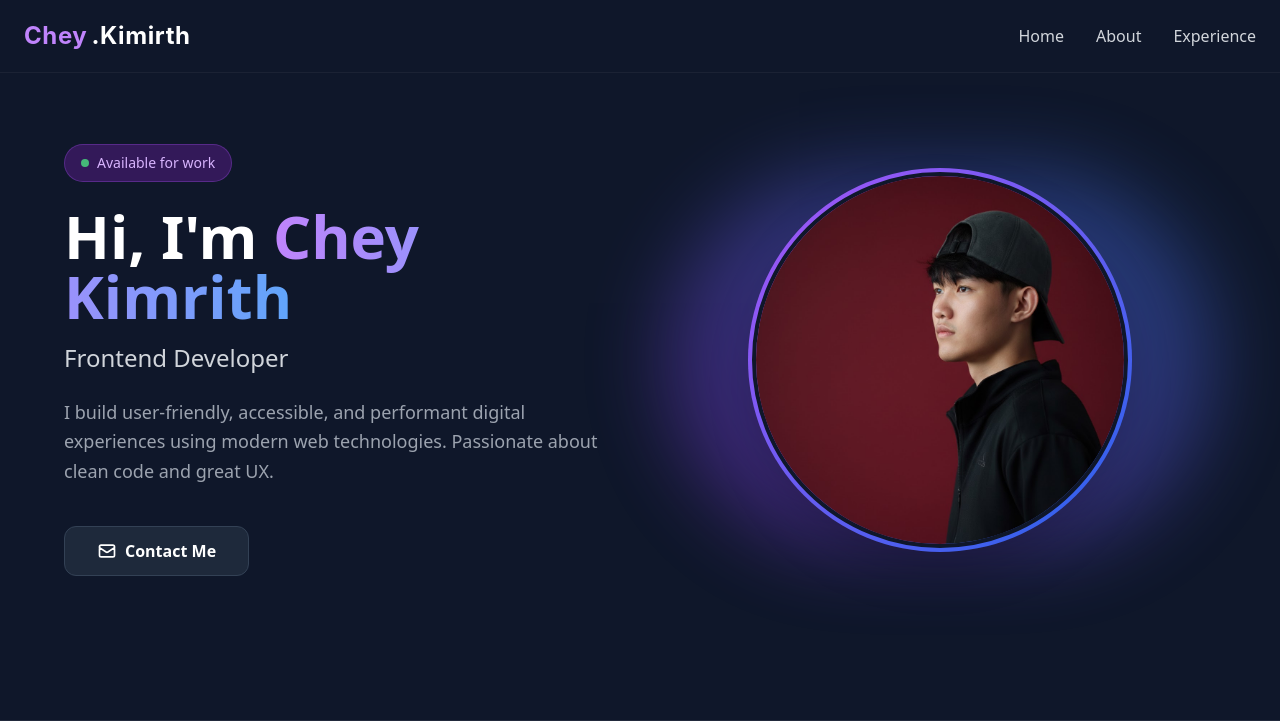
Repository: Kimrith/my-cv
Page: /
The author's editor kept a copy of each file at every save. The page is drawn from the files as they stood at one save, then again after the next save.
The browser window is 1280 px wide. The pictures show the part of the page from y = 0 to 721 px (the page is 4190 px tall).
Pictures or frames that could not be fetched are drawn as grey boxes. Some web libraries are served in a nearby version. The project was rebuilt for these pictures with package versions that can differ from the ones it lists, and the page was loaded fresh each time. Also part of the build but not shown: vite.config.js, src/Layout/footer.jsx.

Above is the page before, as saved 2026-03-10 01:22:34.

### index.html
<!doctype html>
<html lang="en">
  <head>
    <meta charset="UTF-8" />
    <link rel="icon" type="image/svg+xml" href="/vite.svg" />
    <meta name="viewport" content="width=device-width, initial-scale=1.0" />
    <title>cv</title>
    <script src="https://cdn.tailwindcss.com"></script>
    <link rel="preconnect" href="https://fonts.googleapis.com" />
    <link rel="preconnect" href="https://fonts.gstatic.com" crossorigin />
    <link
      href="https://fonts.googleapis.com/css2?family=Poppins:wght@400;600;700&display=swap"
      rel="stylesheet"
    />
  </head>
  <body>
    <div id="root"></div>
    <script type="module" src="/src/main.jsx"></script>
  </body>
</html>

### src/main.jsx
import { StrictMode } from "react";
import { createRoot } from "react-dom/client";
import "./index.css";
import App from "./App.jsx";
import { BrowserRouter } from "react-router-dom";

createRoot(document.getElementById("root")).render(
  <StrictMode>
    <BrowserRouter>
      <App />
    </BrowserRouter>{" "}
  </StrictMode>,
);

### src/App.jsx
import React from "react";
import { Routes, Route } from "react-router-dom";
import Layout from "./Layout/layout";
import Home from "./Navigation/home";

export default function App() {
  return (
    <Routes>
      <Route path="/" element={<Layout />}></Route>
    </Routes>
  );
}

### src/Layout/layout.jsx
import React from "react";
import Home from "./home";
import Footer from "./footer";
import { Outlet } from "react-router-dom";

export default function Layout() {
  return (
    <div>
      <Home />
      <Outlet />
    </div>
  );
}

### src/Navigation/home.jsx
import me from "../assets/me.png";

export default function Homepage() {
  return (
    <section className="min-h-screen flex items-center justify-center px-4 py-12 relative overflow-hidden bg-slate-900">
      {/* Background Decor: Subtle purple glow */}
      <div className="absolute top-1/4 left-1/4 w-96 h-96 bg-purple-600/20 rounded-full blur-[120px] -z-10 pointer-events-none" />
      <div className="absolute bottom-1/4 right-1/4 w-96 h-96 bg-blue-600/10 rounded-full blur-[120px] -z-10 pointer-events-none" />

      <div className="max-w-6xl mx-auto grid md:grid-cols-2 gap-12 items-center">
        {/* Left Column: Text Content */}
        <div className="text-center md:text-left space-y-6 order-2 md:order-1">
          {/* Status Badge */}
          <div className="inline-flex items-center gap-2 px-4 py-2 rounded-full bg-purple-900/50 border border-purple-500/30 text-purple-300 text-sm font-medium mx-auto md:mx-0">
            <span className="w-2 h-2 rounded-full bg-green-400 animate-pulse"></span>
            Available for work
          </div>

          {/* Headline */}
          <div>
            <h1 className="text-4xl md:text-6xl font-bold text-white leading-tight">
              Hi, I'm{" "}
              <span className="text-transparent bg-clip-text bg-gradient-to-r from-purple-400 to-blue-400">
                Chey Kimrith
              </span>
            </h1>
            <p className="mt-4 text-xl md:text-2xl text-gray-300 font-light">
              Frontend Developer
            </p>
          </div>

          {/* Bio */}
          <p className="text-gray-400 text-lg leading-relaxed max-w-xl mx-auto md:mx-0">
            I build user-friendly, accessible, and performant digital
            experiences using modern web technologies. Passionate about clean
            code and great UX.
          </p>

          {/* Action Buttons */}
          <div className="flex flex-col sm:flex-row items-center justify-center md:justify-start gap-4 pt-4">
            <a href="https://t.me/CheyKimrith" className="text-white">
              <button className="w-full sm:w-auto px-8 py-3 bg-slate-800 hover:bg-slate-700 text-white font-semibold rounded-xl border border-slate-700 transition-all flex items-center justify-center gap-2">
                <svg
                  xmlns="http://www.w3.org/2000/svg"
                  className="h-5 w-5"
                  fill="none"
                  viewBox="0 0 24 24"
                  stroke="currentColor"
                >
                  <path
                    strokeLinecap="round"
                    strokeLinejoin="round"
                    strokeWidth={2}
                    d="M3 8l7.89 5.26a2 2 0 002.22 0L21 8M5 19h14a2 2 0 002-2V7a2 2 0 00-2-2H5a2 2 0 00-2 2v10a2 2 0 002 2z"
                  />
                </svg>
                Contact Me
              </button>
            </a>
          </div>
        </div>

        {/* Right Column: Profile Image */}
        <div className="flex justify-center order-1 md:order-2 max-sm:mt-12 relative">
          {/* Decorative Ring */}
          <div className="absolute inset-0 bg-gradient-to-tr from-purple-600 to-blue-500 rounded-full blur-2xl opacity-30 animate-pulse"></div>

          <div className="relative w-72 h-72 md:w-96 md:h-96 rounded-full p-1 bg-gradient-to-br from-purple-500 to-blue-600 shadow-2xl">
            <img
              src={me}
              alt="Portrait of Chey Kimrith, Frontend Developer"
              className="w-full h-full rounded-full object-cover border-4 border-slate-900"
              loading="lazy"
            />
          </div>
        </div>
      </div>
    </section>
  );
}

### src/Layout/home.jsx
import React, { useState, useEffect } from "react";
import Homepage from "../Navigation/home";
import Aboutus from "../Navigation/aboutus";
import Experience from "../Navigation/exp";

// Simple SVG Icons
const MenuIcon = () => (
  <svg
    xmlns="http://www.w3.org/2000/svg"
    className="h-6 w-6"
    fill="none"
    viewBox="0 0 24 24"
    stroke="currentColor"
  >
    <path
      strokeLinecap="round"
      strokeLinejoin="round"
      strokeWidth={2}
      d="M4 6h16M4 12h16M4 18h16"
    />
  </svg>
);

const CloseIcon = () => (
  <svg
    xmlns="http://www.w3.org/2000/svg"
    className="h-6 w-6"
    fill="none"
    viewBox="0 0 24 24"
    stroke="currentColor"
  >
    <path
      strokeLinecap="round"
      strokeLinejoin="round"
      strokeWidth={2}
      d="M6 18L18 6M6 6l12 12"
    />
  </svg>
);

export default function Home() {
  const [isMenuOpen, setIsMenuOpen] = useState(false);
  const [isScrolled, setIsScrolled] = useState(false);

  // Handle scroll effect for navbar
  useEffect(() => {
    const handleScroll = () => {
      setIsScrolled(window.scrollY > 20);
    };
    window.addEventListener("scroll", handleScroll);
    return () => window.removeEventListener("scroll", handleScroll);
  }, []);

  // Smooth scroll handler
  const scrollToSection = (id) => {
    const element = document.getElementById(id);
    if (element) {
      element.scrollIntoView({ behavior: "smooth" });
      setIsMenuOpen(false);
    }
  };

  return (
    // Main Background: Dark Gray/Slate
    <div className="min-h-screen bg-slate-900 text-gray-100 font-sans selection:bg-purple-500 selection:text-white">
      {/* Navbar */}
      <nav
        className={`fixed w-full z-50 transition-all duration-300 border-b border-white/5 ${
          isScrolled
            ? "bg-slate-900/90 backdrop-blur-md shadow-lg py-3"
            : "bg-transparent py-5"
        }`}
      >
        <div className="max-w-7xl mx-auto px-6 flex items-center justify-between">
          {/* Logo */}
          <div
            style={{ fontFamily: "Inter, sans-serif" }}
            className="text-2xl font-bold cursor-pointer flex items-center gap-1 tracking-wide"
            onClick={() => scrollToSection("home")}
          >
            <span className="text-purple-400">Chey</span>
            <span className="text-white">.Kimirth</span>
          </div>

          {/* Desktop Menu */}
          <div className="hidden md:flex items-center gap-8">
            {["Home", "About", "Experience"].map((item) => (
              <button
                key={item}
                onClick={() => scrollToSection(item.toLowerCase())}
                className="text-gray-300 hover:text-purple-400 font-medium transition-colors duration-200"
              >
                {item}
              </button>
            ))}
          </div>

          {/* Mobile Menu Button */}
          <div className="md:hidden">
            <button
              onClick={() => setIsMenuOpen(!isMenuOpen)}
              className="text-gray-300 hover:text-white focus:outline-none"
              aria-label="Toggle menu"
            >
              {isMenuOpen ? <CloseIcon /> : <MenuIcon />}
            </button>
          </div>
        </div>

        {/* Mobile Dropdown - Dark Background */}
        {isMenuOpen && (
          <div className="md:hidden absolute top-full left-0 w-full bg-slate-800 border-b border-white/10 shadow-xl">
            <div className="flex flex-col p-6 gap-4">
              {["Home", "About", "Experience"].map((item) => (
                <button
                  key={item}
                  onClick={() => scrollToSection(item.toLowerCase())}
                  className="text-left text-gray-300 font-medium hover:text-purple-400 py-2 transition-colors"
                >
                  {item}
                </button>
              ))}
            </div>
          </div>
        )}
      </nav>

      {/* Page Content */}
      <main>
        <section id="home">
          {/* Optional: Background Glow Effect */}
          <div className="absolute top-1/2 left-1/2 -translate-x-1/2 -translate-y-1/2 bg-purple-600/20 rounded-full blur-[100px] -z-10 pointer-events-none"></div>

          <Homepage />
        </section>

        <section
          id="about"
          className="min-h-screen bg-slate-800/50 flex items-center justify-center border-t border-white/5"
        >
          <Aboutus />
        </section>

        <section
          id="experience"
          className="min-h-screen bg-slate-800/50 flex items-center justify-center border-t border-white/5"
        >
          <Experience />
        </section>
      </main>
    </div>
  );
}

### src/Navigation/aboutus.jsx
export default function Aboutus() {
  const aboutData = {
    personal: {
      name: "Chey Kimrith",
      bio: [
        {
          type: "paragraph",
          content: `Hi, I'm <span class="text-purple-400 font-medium">Chey Kimrith</span>, a Frontend Developer who loves building modern, responsive, and user-friendly web applications. I enjoy turning ideas into clean interfaces using React and Tailwind CSS.`,
        },
        {
          type: "paragraph",
          content: `I am a creative and motivated Frontend Web Developer with a
        strong foundation in web technologies. With 3 Months of
        experience at the <a href="https://www.interior.gov.kh/en"
        <span class="text-purple-400 font-medium
        underline underline-offset-4 decoration-purple-500/50
        hover:decoration-purple-400 transition-all cursor-pointer">
        Ministry of Interior</span></a>
        , I have developed a solid
        understanding of building responsive and user-friendly web
        applications. I am passionate about creating clean interfaces, solving
        problems, and continuously improving my skills. I have experience
        working with modern frontend tools and enjoy turning ideas into
        functional designs. I am eager to apply my knowledge and grow in a
        professional environment where I can contribute to innovative and
        impactful digital solutions.`,
        },
      ],
    },
    skills: {
      frontend: {
        title: "Frontend",
        icon: (
          <svg
            className="w-4.5 h-4.5 text-purple-400"
            fill="none"
            stroke="currentColor"
            viewBox="0 0 24 24"
          >
            <path
              strokeLinecap="round"
              strokeLinejoin="round"
              strokeWidth={2}
              d="M9.75 17L9 20l-1 1h8l-1-1-.75-3M3 13h18M5 17h14a2 2 0 002-2V5a2 2 0 00-2-2H5a2 2 0 00-2 2v10a2 2 0 002 2z"
            />
          </svg>
        ),
        skills: [
          "HTML",
          "CSS",
          "JavaScript",
          "React",
          "Tailwind",
          "Bootstrap",
          "Angular",
        ],
      },
      backend: {
        title: "Backend",
        icon: (
          <svg
            className="w-4.5 h-4.5 text-blue-400"
            fill="none"
            stroke="currentColor"
            viewBox="0 0 24 24"
          >
            <path
              strokeLinecap="round"
              strokeLinejoin="round"
              strokeWidth={2}
              d="M5 12h14M5 12a2 2 0 01-2-2V6a2 2 0 012-2h14a2 2 0 012 2v4a2 2 0 01-2 2M5 12a2 2 0 00-2 2v4a2 2 0 002 2h14a2 2 0 002-2v-4a2 2 0 00-2-2m-2-4h.01M17 16h.01"
            />
          </svg>
        ),
        skills: ["Node.js", "Express", "NestJS"],
      },
      database: {
        title: "Database",
        icon: (
          <svg
            className="w-4.5 h-4.5 text-emerald-400"
            fill="none"
            stroke="currentColor"
            viewBox="0 0 24 24"
          >
            <path
              strokeLinecap="round"
              strokeLinejoin="round"
              strokeWidth={2}
              d="M4 7v10c0 2.21 3.582 4 8 4s8-1.79 8-4V7M4 7c0 2.21 3.582 4 8 4s8-1.79 8-4M4 7c0-2.21 3.582-4 8-4s8 1.79 8 4m0 5c0 2.21-3.582 4-8 4s-8-1.79-8-4"
            />
          </svg>
        ),
        skills: ["MongoDB", "MySQL"],
      },
      tools: {
        title: "Tools",
        icon: (
          <svg
            className="w-4.5 h-4.5 text-red-400"
            fill="none"
            stroke="currentColor"
            viewBox="0 0 24 24"
          >
            <path
              strokeLinecap="round"
              strokeLinejoin="round"
              strokeWidth={2}
              d="M12 6V3m0 3v3m0-3h3m-3 0H9m12 6v-3m0 3v3m0-3h3m-3 0h-3m-9 6V9m0 3v3m0-3H3m3 0h3m9-9l-3 3m0 0l3 3m-3-3l-3-3m3 3l3-3"
            />
          </svg>
        ),
        skills: ["Git", "GitHub", "VS Code", "Apache Netbeans", "Figma"],
      },
    },
    school: [
      {
        icon: "M12 3L1 9l11 6 9-4.91V17h2V9L12 3z",
        label: "2019 - 2024",
        desc: "Sovanaphumi",
      },
      {
        icon: "M12 3L1 9l11 6 9-4.91V17h2V9L12 3z",
        label: "2024 - Present (Year 3)",
        desc: "SETEC Institute",
      },
    ],
  };

  const SkillPill = ({ skill }) => (
    <span className="px-3 py-1.5 bg-purple-900/40 border border-purple-500/30 rounded-lg text-sm text-purple-300 hover:bg-purple-500/20 hover:border-purple-400 transition-colors cursor-default flex items-center gap-1.5">
      <span className="w-1.5 h-1.5 rounded-full bg-purple-400"></span>
      {skill}
    </span>
  );

  const StatBox = ({ stat }) => (
    <div className="bg-slate-800/30 border border-white/5 rounded-xl p-4 text-center hover:border-purple-500/30 transition-colors">
      <div className="w-10 h-10 mx-auto mb-2 rounded-lg bg-purple-500/20 flex items-center justify-center">
        <svg
          className="w-5 h-5 text-purple-400"
          fill="none"
          stroke="currentColor"
          viewBox="0 0 24 24"
        >
          <path
            strokeLinecap="round"
            strokeLinejoin="round"
            strokeWidth={2}
            d={stat.icon}
          />
        </svg>
      </div>
      <p className="text-white font-semibold text-sm">{stat.label}</p>
      <p className="text-gray-500 text-xs">{stat.desc}</p>
    </div>
  );
  return (
    <section className="py-16 max-sm:py-16 max-sm:px-4 max-sm:bg-slate-900 relative">
      <div
        className="absolute inset-0 bg-no-repeat bg-center"
        style={{
          backgroundImage: "url('/path/to/your/background-pattern.svg')", // Add a subtle background pattern
          opacity: "0.05",
        }}
      ></div>
      <div className="max-w-4xl mx-auto relative">
        {/* Section Header with Icon */}
        <div className="flex items-center justify-center gap-3 mb-10">
          <div className="w-10 h-10 rounded-xl bg-purple-500/20 flex items-center justify-center">
            <svg
              className="w-5 h-5 text-purple-400"
              fill="none"
              stroke="currentColor"
              viewBox="0 0 24 24"
            >
              <path
                strokeLinecap="round"
                strokeLinejoin="round"
                strokeWidth={2}
                d="M16 7a4 4 0 11-8 0 4 4 0 018 0zM12 14a7 7 0 00-7 7h14a7 7 0 00-7-7z"
              />
            </svg>
          </div>
          <h2 className="text-3xl md:text-4xl font-bold text-white">
            About <span className="text-purple-400">Me</span>
          </h2>
        </div>

        {/* Bio Content */}
        <div className="bg-slate-800/40 border border-white/5 rounded-2xl p-6 md:p-8 mb-12">
          <div className="flex items-start gap-4">
            <div className="flex-shrink-0 mt-1">
              <svg
                className="w-5 h-5 text-purple-400"
                fill="none"
                stroke="currentColor"
                viewBox="0 0 24 24"
              >
                <path
                  strokeLinecap="round"
                  strokeLinejoin="round"
                  strokeWidth={2}
                  d="M8 12h.01M12 12h.01M16 12h.01M21 12c0 4.418-4.03 8-9 8a9.863 9.863 0 01-4.255-.949L3 20l1.395-3.72C3.512 15.042 3 13.574 3 12c0-4.418 4.03-8 9-8s9 3.582 9 8z"
                />
              </svg>
            </div>
            <div className="space-y-4 text-left">
              {aboutData.personal.bio.map((item, index) => (
                <p
                  key={index}
                  className="text-gray-300 text-lg leading-relaxed"
                  dangerouslySetInnerHTML={{ __html: item.content }}
                ></p>
              ))}
            </div>
          </div>
        </div>

        {/* Skills Section */}
        <div className="flex items-center justify-center gap-3 mb-10">
          <div className="w-10 h-10 rounded-xl bg-purple-500/20 flex items-center justify-center">
            <svg
              className="w-5 h-5 text-purple-400"
              fill="none"
              stroke="currentColor"
              viewBox="0 0 24 24"
            >
              <path
                strokeLinecap="round"
                strokeLinejoin="round"
                strokeWidth={2}
                d="M12 2l3 7h7l-5.5 4.5L18 21l-6-3.5L6 21l1.5-7.5L2 9h7l3-7z"
              />
            </svg>
          </div>
          <h2 className="text-3xl md:text-4xl font-bold text-white">
            Expertise
          </h2>
        </div>
        <div className="space-y-6">
          {Object.values(aboutData.skills).map((category) => (
            <div
              key={category.title}
              className="bg-slate-800/30 border border-white/5 rounded-xl p-5 hover:border-purple-500/30 transition-colors"
            >
              <div className="flex items-center gap-3 mb-4">
                <div className="w-9 h-9 rounded-lg bg-purple-500/20 flex items-center justify-center flex-shrink-0">
                  {category.icon}
                </div>
                <h3 className="text-lg font-semibold text-white">
                  {category.title}
                </h3>
              </div>
              <div className="flex flex-wrap gap-2">
                {category.skills.map((skill) => (
                  <SkillPill key={skill} skill={skill} />
                ))}
              </div>
            </div>
          ))}
        </div>

        {/* School */}
        <div className="mt-12 grid grid-cols-2 md:grid-cols-4 gap-4">
          {aboutData.school.map((stat) => (
            <StatBox key={stat.label} stat={stat} />
          ))}
        </div>
      </div>
    </section>
  );
}

Loaded but not shown: src/Navigation/exp.jsx (412 lines, source omitted); src/index.css (no stored copy; drawn as an empty file)

After the next save:
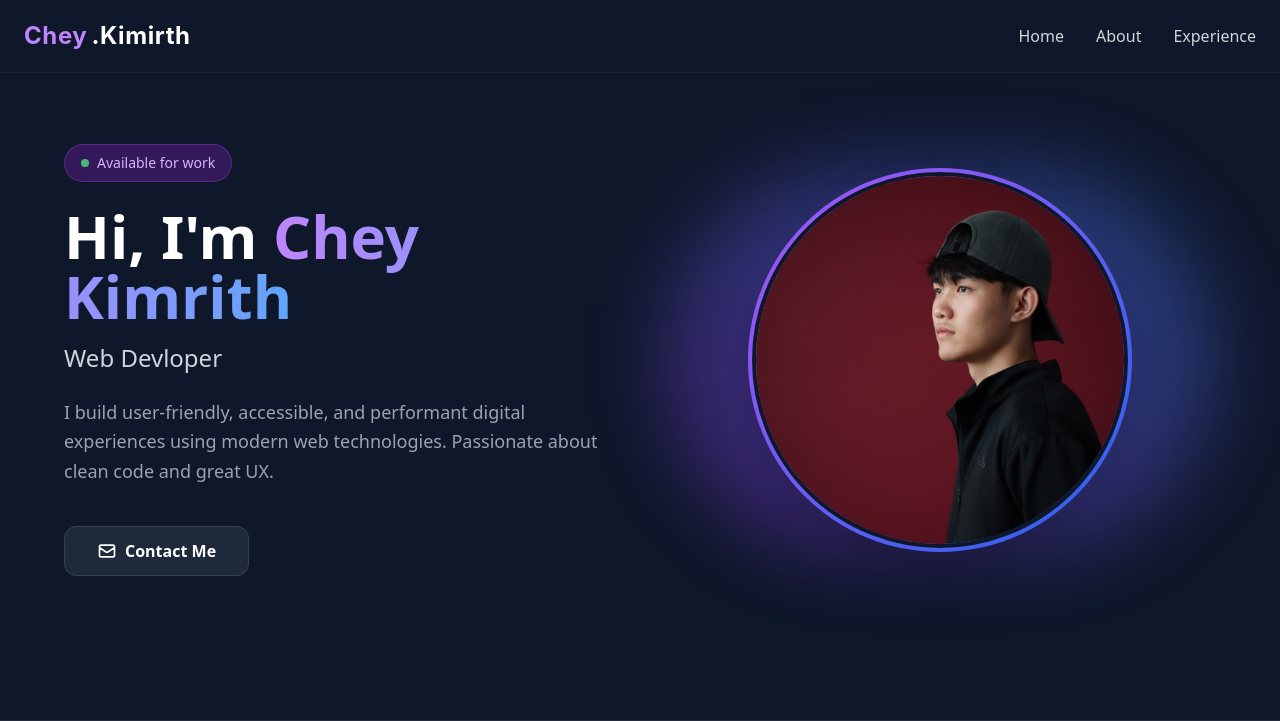
Saved 23 s later.
--- a/src/Navigation/home.jsx
+++ b/src/Navigation/home.jsx
@@ -25,7 +25,7 @@ export default function Homepage() {
               </span>
             </h1>
             <p className="mt-4 text-xl md:text-2xl text-gray-300 font-light">
-              Frontend Developer
+              Web Devloper
             </p>
           </div>
 
